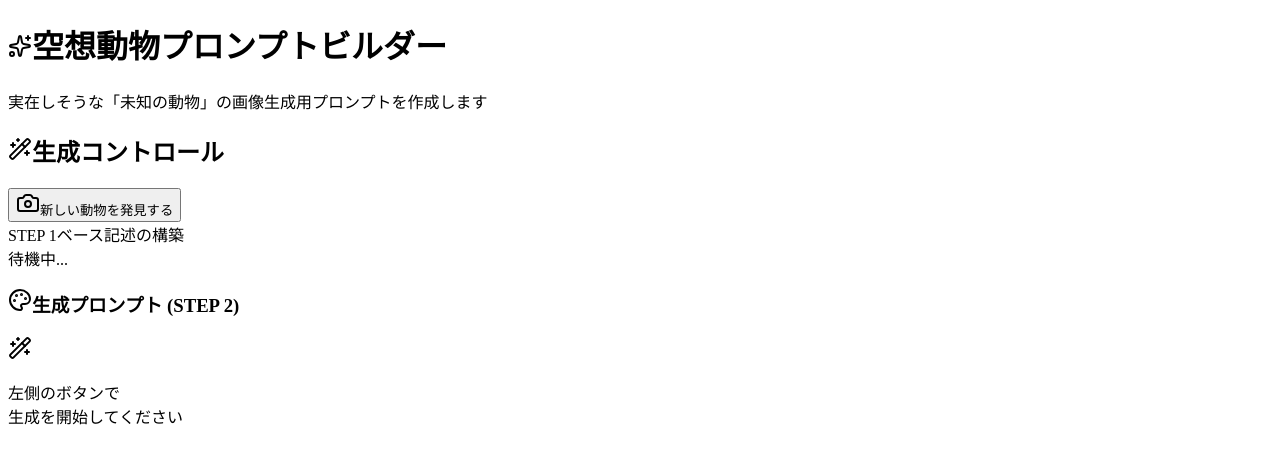
Repository: mqce/animalImageGenerator
Page: /
An editor plug-in stored every save of this project. The page is shown before and after the next save, followed by the edit.
The browser window is 1280 px wide. The pictures show the whole page.
The project was rebuilt for these pictures with package versions that can differ from the ones it lists, and the page was loaded fresh each time. Also part of the build but not shown: vite.config.js, vite.config.ts.

Above is the page before, as saved 2025-12-04 15:07:54.

### index.html
<!doctype html>
<html lang="en">
  <head>
    <meta charset="UTF-8" />
    <link rel="icon" type="image/svg+xml" href="/vite.svg" />
    <meta name="viewport" content="width=device-width, initial-scale=1.0" />
    <title>animalimagegenerator</title>
  </head>
  <body>
    <div id="root"></div>
    <script type="module" src="/src/main.tsx"></script>
  </body>
</html>

### src/App.tsx
import { useState } from 'react';
import { Camera, Sparkles, RefreshCw, Palette, Wand2, Copy, Check } from 'lucide-react';

// --- データ定義 (ユーザー提供のリスト) ---

const COMMON_ELEMENTS = {
  body: [
    "頭は大きめ（3等身~5等身）",
    "輪郭は丸みを帯びていて比較的ずんぐりしている",
    "手足は短かめ",
    "ふわふわで柔らかい、手触りの良さそうな毛並み",
    "指は3本〜4本で短くデフォルメされているか、毛に隠れて見えない",
    "モンスターではなく、ペットやコンパニオンのような存在",
    "あくまでも実在しそうな動物の姿にする"
  ],
  face: [
    "あどけない印象の顔",
    "つぶらな瞳",
    "目と鼻口の距離は近め",
    "両目の間隔を少し離す",
    "おっとり、やさしそう顔つき",
    "口は小さい、または毛に隠れて見えない"
  ],
  shooting: [
    "高解像度・ディテール: 4K resolution, ultra detailed, photorealistic",
    "最先端の作品: trending on Artstation, masterpiece",
    "光の質: Soft, diffused lighting",
    "雰囲気: Subtle volumetric lighting",
    "被写界深度: Shallow depth of field または Bokeh",
    "レンズ: Cinematic wide-angle lens",
    "色調: Warm tones",
    "鮮やかさ: Muted colors"
  ],
  negative: [
    "ファンタジー要素（パステルカラー、光る眼、プラスチックの質感、キメラのような継ぎはぎのパーツ）",
    "アクセサリーや衣服など人工物",
    "細かく描写された手足の指"
  ]
};

const VARIABLE_ELEMENTS = {
  eyes: [
    "オコジョやハリネズミのような小さくて黒い目",
    "猫のような大きくて丸い目",
    "シマエナガのような点の瞳",
    "ねむたそうに半開きの目"
  ],
  nose: [
    "鼻は見えない",
    "カワウソのような鼻",
    "リスのような小さく丸い鼻",
    "ハリネズミのようにつんと尖った鼻",
    "ウオンバットのような鼻",
    "子猫のようなピンクの鼻"
  ],
  ears: [
    "丸くて短い耳",
    "猫やキツネのような耳",
    "ウサギのように立った耳",
    "長くて垂れ下がった耳"
  ],
  tail: [
    "ふさふさしたリスのような尾",
    "短い、丸いポンポンのような尾",
    "狐のような長い尾"
  ],
  pattern: [
    "グレーのグラデーション",
    "くすみ系（ダスティカラー）のグラデーション",
    "全身茶色",
    "全身白",
    "白とグレー系のツートン",
    "白と茶系のツートン",
    "狐のような色",
    "猫のような模様"
  ],
  action: [
    "じっとしている", "座っている", "香箱座りをしている", "伏せをして休んでいる", "丸まって眠っている",
    "仰向けに寝ている", "お腹を上にして、だらけている", "毛繕いをしている最中", "首をかしげている",
    "片手を上げて（招き猫のように）挨拶している", "走っている", "跳ねている（小さなジャンプ）",
    "四つん這いで歩いている", "後ろ足で立っている", "木登りをしている", "穴を掘ろうとしている",
    "飛び跳ねている（空中にいる瞬間）", "何か（例：小さな葉っぱ）を咥えて運んでいる",
    "花やきのこの匂いをかいでいる", "エサ（例：ベリー、ナッツ）を頬張っている",
    "両手で何かを持っている（例：木の実）", "自分より大きな葉っぱや傘の下に隠れている",
    "なにかを（例：木、虫）じっと見つめている", "影や光を追いかけている",
    "雪の上に座って、雪を見上げている", "雨粒を避けるように小さく丸まっている",
    "太陽の光を浴びてうっとりしている", "風に吹かれて耳が揺れている", "水を飲んでいる",
    "落ち葉の中でかくれんぼしている", "木の根元で日向ぼっこをしている",
    "ふわふわの苔の上に気持ちよさそうに横たわっている", "岩の上に寝ている",
    "色づいた落ち葉を踏んで、カサカサという音を楽しんでいる",
    "大きな葉を傘代わりにして雨宿りしている", "月に向かって小さく鳴いている"
  ]
};

// --- ヘルパー関数 ---

const getRandom = <T,>(arr: T[]): T => arr[Math.floor(Math.random() * arr.length)];

export default function App() {
  // APIキーを固定値に変更
  const apiKey = 'AIzaSyDVeVJZuYyfkZ2t2p8O0KGq-M1ZZpEc9ZY';

  const [loading, setLoading] = useState(false);
  const [step1Text, setStep1Text] = useState('');
  const [step2Text, setStep2Text] = useState('');
  const [error, setError] = useState('');
  const [copied, setCopied] = useState(false);

  // Step 1: ベーステキストの生成 (クライアントサイドで完結)
  const generateStep1 = () => {
    setLoading(true);
    setStep2Text('');
    setError('');
    setCopied(false);

    const animal = {
      eyes: getRandom(VARIABLE_ELEMENTS.eyes),
      nose: getRandom(VARIABLE_ELEMENTS.nose),
      ears: getRandom(VARIABLE_ELEMENTS.ears),
      tail: getRandom(VARIABLE_ELEMENTS.tail),
      pattern: getRandom(VARIABLE_ELEMENTS.pattern),
      action: getRandom(VARIABLE_ELEMENTS.action),
    };

    const description = `
【動物の外見】
${COMMON_ELEMENTS.body.join('。')}
${COMMON_ELEMENTS.face.join('。')}
目は${animal.eyes}。
鼻は${animal.nose}。
耳は${animal.ears}。
尻尾は${animal.tail}。
体の色は${animal.pattern}。

【現在の状態】
${animal.action}。
    `.trim();

    setStep1Text(description);

    // 自動的にStep 2へ進む
    generateStep2(description);
  };

  // Step 2: Gemini APIを使用して撮影条件と詳細プロンプトを生成
  const generateStep2 = async (baseText: string) => {
    if (!apiKey) {
      setError('APIキーが設定されていません');
      setLoading(false);
      return;
    }

    try {
      const response = await fetch(`https://generativelanguage.googleapis.com/v1beta/models/gemini-2.5-flash-preview-09-2025:generateContent?key=${apiKey}`, {
        method: 'POST',
        headers: { 'Content-Type': 'application/json' },
        body: JSON.stringify({
          contents: [{
            parts: [{
              text: `
あなたはプロの野生動物写真家であり、コンセプトアーティストです。
以下の「架空の動物」の記述を元に、画像生成AI（Imagenなど）に入力するための**英語のプロンプト**を作成してください。

## 入力された動物の記述
${baseText}

## 制約事項
1. **実在感の追求**: ファンタジーやアニメ調ではなく、ナショナルジオグラフィックに載っているような「実在しそうな動物の写真」に見えるように描写してください。
2. **背景と環境**: 動物の「現在の状態（動作）」に合わせて、最適な背景、地面、周囲の環境を詳細に描写してください。
3. **撮影条件**: 以下の要素を含めて、写真としてのクオリティを高めてください。
   ${COMMON_ELEMENTS.shooting.join('\n   ')}
4. **禁止事項**: ${COMMON_ELEMENTS.negative.join(', ')} は含めないでください。

## 出力形式
英語のプロンプトのみを出力してください。余計な解説やMarkdownのコードブロックは不要です。プレーンテキストで出力してください。
              `
            }]
          }]
        })
      });

      if (!response.ok) {
        const errorData = await response.json().catch(() => ({}));
        throw new Error(errorData.error?.message || `API Error: ${response.status}`);
      }

      const data = await response.json();

      if (data.error) throw new Error(data.error.message);

      // candidatesの存在チェック (安全なアクセスのために追加)
      if (!data.candidates || data.candidates.length === 0) {
        console.error('Gemini API Response:', data); // デバッグ用にコンソール出力
        if (data.promptFeedback && data.promptFeedback.blockReason) {
            throw new Error(`生成がブロックされました。理由: ${data.promptFeedback.blockReason}`);
        }
        throw new Error('Geminiからの応答が空でした。もう一度お試しください。');
      }

      const candidate = data.candidates[0];
      if (!candidate.content || !candidate.content.parts || !candidate.content.parts[0]) {
         throw new Error('生成されたテキスト形式が不正です。');
      }

      const generatedPrompt = candidate.content.parts[0].text;
      setStep2Text(generatedPrompt);

    } catch (err) {
      console.error(err);
      const errorMessage = err instanceof Error ? err.message : '不明なエラーが発生しました';
      setError('Step 2 Error: ' + errorMessage);
    } finally {
      setLoading(false);
    }
  };

  const copyToClipboard = () => {
    if (!step2Text) return;
    // iframe内でのクリップボード操作のため document.execCommand を使用
    const textArea = document.createElement("textarea");
    textArea.value = step2Text;
    document.body.appendChild(textArea);
    textArea.select();
    try {
      document.execCommand('copy');
      setCopied(true);
      setTimeout(() => setCopied(false), 2000);
    } catch (err) {
      console.error('Copy failed', err);
    }
    document.body.removeChild(textArea);
  };

  return (
    <div className="min-h-screen bg-gray-50 text-slate-800 font-sans p-4 md:p-8">
      <div className="max-w-7xl mx-auto">

        {/* Header */}
        <header className="mb-8 flex flex-col md:flex-row md:items-center justify-between gap-4">
          <div>
            <h1 className="text-3xl font-bold text-slate-900 flex items-center gap-2">
              <Sparkles className="text-indigo-600" />
              空想動物プロンプトビルダー
            </h1>
            <p className="text-slate-500 mt-1">実在しそうな「未知の動物」の画像生成用プロンプトを作成します</p>
          </div>
        </header>

        {/* Main Content Grid */}
        <div className="grid grid-cols-1 lg:grid-cols-2 gap-8 h-full">

          {/* Left Column: Controls & Process */}
          <div className="space-y-6">

            {/* Control Panel */}
            <div className="bg-white p-6 rounded-xl shadow-sm border border-gray-200">
              <div className="flex items-center justify-between mb-4">
                <h2 className="text-lg font-semibold flex items-center gap-2">
                  <Wand2 className="w-5 h-5 text-indigo-500" />
                  生成コントロール
                </h2>
              </div>

              <button
                onClick={generateStep1}
                disabled={loading}
                className={`w-full py-4 px-6 rounded-lg text-white font-medium text-lg flex items-center justify-center gap-2 transition-all shadow-md
                  ${loading
                    ? 'bg-gray-400 cursor-not-allowed'
                    : 'bg-gradient-to-r from-indigo-600 to-purple-600 hover:from-indigo-700 hover:to-purple-700 hover:shadow-lg'}`}
              >
                {loading ? (
                  <>
                    <RefreshCw className="animate-spin w-5 h-5" />
                    プロンプト生成中...
                  </>
                ) : (
                  <>
                    <Camera className="w-5 h-5" />
                    新しい動物を発見する
                  </>
                )}
              </button>

              {error && (
                <div className="mt-3 text-red-600 bg-red-50 p-3 rounded-md text-sm">
                  {error}
                </div>
              )}
            </div>

            {/* Process Visualization */}
            <div className="space-y-4">
              {/* Step 1 Card */}
              <div className={`transition-all duration-500 ${step1Text ? 'opacity-100 translate-y-0' : 'opacity-50 translate-y-4'}`}>
                <div className="bg-white rounded-xl shadow-sm border border-gray-200 overflow-hidden">
                  <div className="bg-slate-100 px-4 py-2 border-b border-gray-200 flex items-center gap-2">
                    <span className="bg-slate-800 text-white text-xs font-bold px-2 py-0.5 rounded">STEP 1</span>
                    <span className="text-sm font-medium text-slate-700">ベース記述の構築</span>
                  </div>
                  <div className="p-4 bg-slate-50 min-h-[100px] text-sm leading-relaxed whitespace-pre-line text-slate-700">
                    {step1Text || "待機中..."}
                  </div>
                </div>
              </div>
            </div>
          </div>

          {/* Right Column: Result (Prompt) */}
          <div className="flex flex-col h-full">
            <div className="bg-white rounded-xl shadow-lg border border-gray-200 overflow-hidden flex-grow flex flex-col h-full min-h-[500px]">
              <div className="bg-gradient-to-r from-indigo-50 to-purple-50 px-6 py-3 border-b border-gray-200 flex justify-between items-center">
                <h3 className="font-semibold text-indigo-900 flex items-center gap-2">
                  <Palette className="w-5 h-5 text-indigo-500" />
                  生成プロンプト (STEP 2)
                </h3>
                {step2Text && !loading && (
                   <span className="text-xs text-indigo-600 bg-indigo-100 px-2 py-1 rounded-full font-medium">
                     Ready to Copy
                   </span>
                )}
              </div>

              <div className="flex-grow bg-slate-50 p-6 flex flex-col relative">
                {step2Text ? (
                  <>
                    <textarea
                      readOnly
                      className="w-full h-full min-h-[300px] bg-white border border-gray-300 rounded-lg p-4 font-mono text-sm leading-relaxed text-slate-700 resize-none focus:outline-none focus:ring-2 focus:ring-indigo-500"
                      value={step2Text}
                    />
                    <div className="mt-4 flex justify-end">
                      <button
                        onClick={copyToClipboard}
                        className={`flex items-center gap-2 px-6 py-3 rounded-lg font-medium shadow-sm transition-all
                          ${copied
                            ? 'bg-green-500 text-white'
                            : 'bg-indigo-600 text-white hover:bg-indigo-700 hover:shadow-md'}`}
                      >
                        {copied ? (
                          <>
                            <Check className="w-5 h-5" />
                            コピーしました！
                          </>
                        ) : (
                          <>
                            <Copy className="w-5 h-5" />
                            プロンプトをコピー
                          </>
                        )}
                      </button>
                    </div>
                  </>
                ) : (
                  <div className="flex-grow flex flex-col items-center justify-center text-gray-400">
                    {loading ? (
                       <div className="text-center">
                        <div className="w-12 h-12 border-4 border-indigo-200 border-t-indigo-600 rounded-full animate-spin mx-auto mb-4"></div>
                        <p className="animate-pulse">プロンプトを生成中...</p>
                      </div>
                    ) : (
                      <>
                        <Wand2 className="w-16 h-16 mb-4 opacity-20" />
                        <p>左側のボタンで<br/>生成を開始してください</p>
                      </>
                    )}
                  </div>
                )}
              </div>
            </div>
          </div>

        </div>
      </div>
    </div>
  );
}

Loaded but not shown: src/main.tsx (common file)

After the next save:
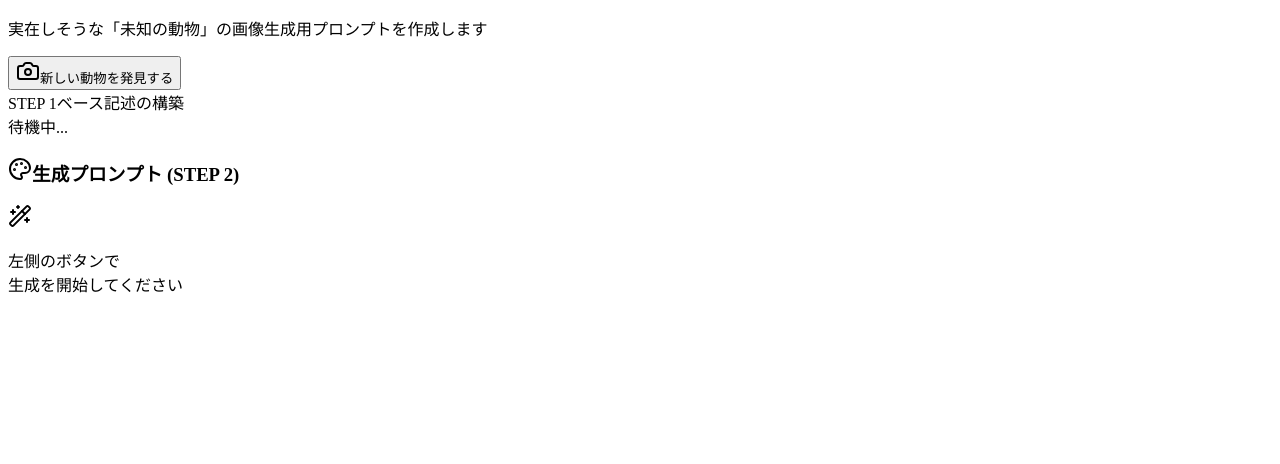
Saved 58 min 30 s later.
--- a/src/App.tsx
+++ b/src/App.tsx
@@ -11,7 +11,6 @@ const COMMON_ELEMENTS = {
     "ふわふわで柔らかい、手触りの良さそうな毛並み",
     "指は3本〜4本で短くデフォルメされているか、毛に隠れて見えない",
     "モンスターではなく、ペットやコンパニオンのような存在",
-    "あくまでも実在しそうな動物の姿にする"
   ],
   face: [
     "あどけない印象の顔",
@@ -34,7 +33,8 @@ const COMMON_ELEMENTS = {
   negative: [
     "ファンタジー要素（パステルカラー、光る眼、プラスチックの質感、キメラのような継ぎはぎのパーツ）",
     "アクセサリーや衣服など人工物",
-    "細かく描写された手足の指"
+    "細かく描写された手足の指",
+    "mirror image", "perfect anatomy", "3d render",
   ]
 };
 
@@ -199,7 +199,7 @@ ${baseText}
 
       const candidate = data.candidates[0];
       if (!candidate.content || !candidate.content.parts || !candidate.content.parts[0]) {
-         throw new Error('生成されたテキスト形式が不正です。');
+        throw new Error('生成されたテキスト形式が不正です。');
       }
 
       const generatedPrompt = candidate.content.parts[0].text;
@@ -238,10 +238,6 @@ ${baseText}
         {/* Header */}
         <header className="mb-8 flex flex-col md:flex-row md:items-center justify-between gap-4">
           <div>
-            <h1 className="text-3xl font-bold text-slate-900 flex items-center gap-2">
-              <Sparkles className="text-indigo-600" />
-              空想動物プロンプトビルダー
-            </h1>
             <p className="text-slate-500 mt-1">実在しそうな「未知の動物」の画像生成用プロンプトを作成します</p>
           </div>
         </header>
@@ -254,13 +250,6 @@ ${baseText}
 
             {/* Control Panel */}
             <div className="bg-white p-6 rounded-xl shadow-sm border border-gray-200">
-              <div className="flex items-center justify-between mb-4">
-                <h2 className="text-lg font-semibold flex items-center gap-2">
-                  <Wand2 className="w-5 h-5 text-indigo-500" />
-                  生成コントロール
-                </h2>
-              </div>
-
               <button
                 onClick={generateStep1}
                 disabled={loading}
